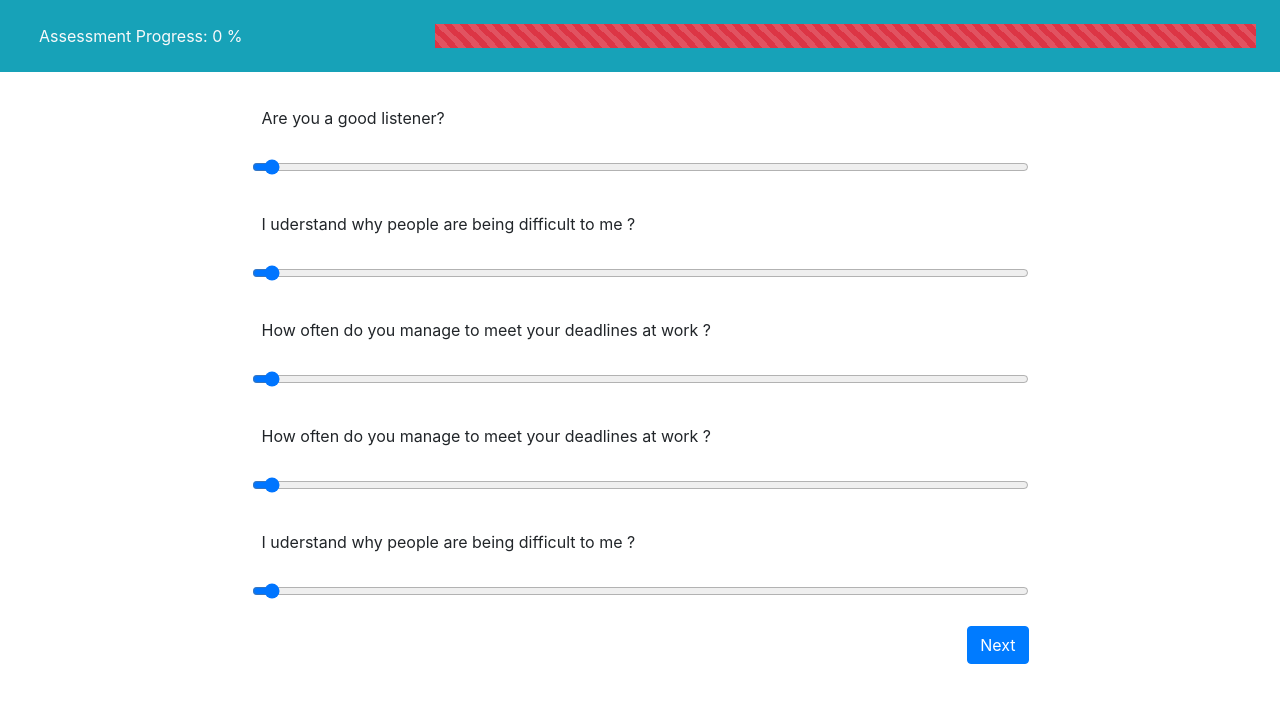
Repository: krushna2/dimentrix_tech
Page: /
These files come from the project's save history. The page is drawn as it stood at one moment and after a run of saves; the edit follows.
The browser window is 1280 px wide. The pictures show the whole page.
The project was rebuilt for these pictures with package versions that can differ from the ones it lists, and the page was loaded fresh each time. Also part of the build but not shown: src/components/SecondPageComponent.js, src/components/ThirdPageComponent.js.

Above is the page before, as saved 2020-09-28 15:50:11.

After the next 2 saves:
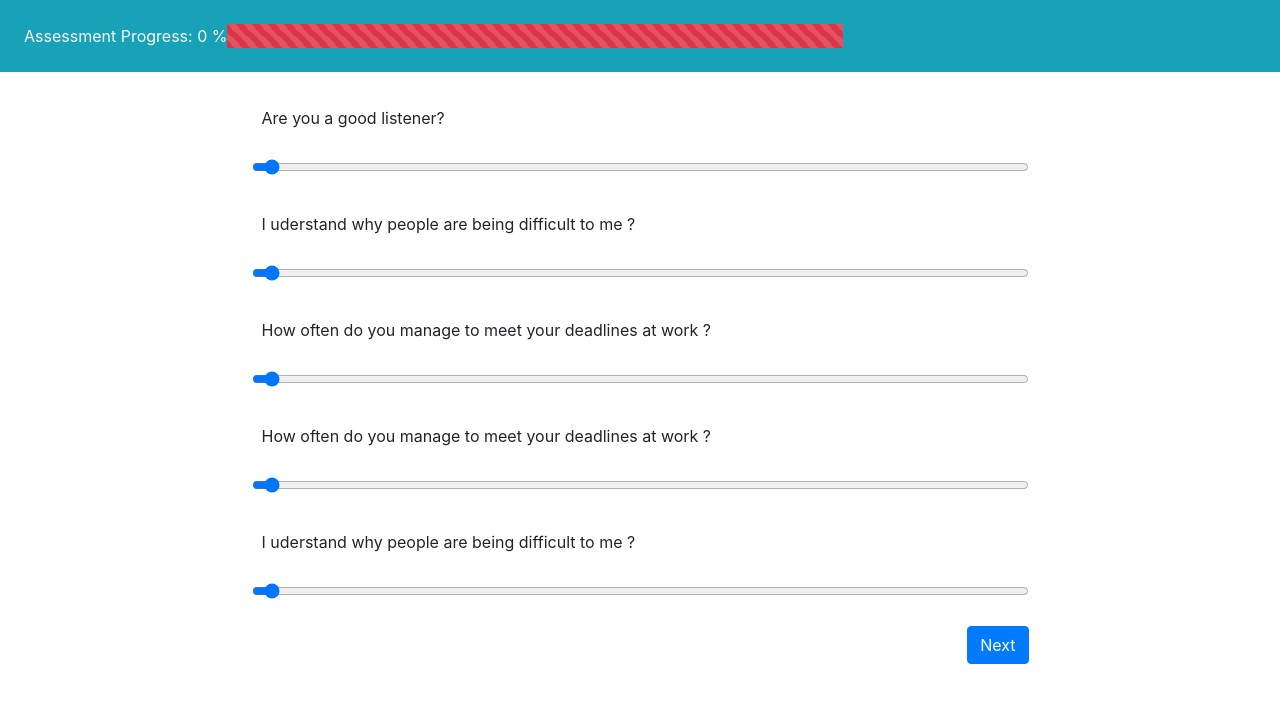
The 2 saves are shown as one change because 1 did not build or start.
The last was saved 64 s later.
--- a/src/components/HeaderComponent.js
+++ b/src/components/HeaderComponent.js
@@ -15,36 +15,22 @@
         }
     }
 
-    return ( <
-        div className = "fluid-container mb-4" >
+    return (
+
+        <
+        div className = "fluid-container mb-4 " >
         <
         Nav dark className = "text-light bg-info p-4" >
         <
-        div className = "col-4" > Assessment Progress: { percentage } % < /div>  <
-        Progress bar animated className = "col-8"
+        div > Assessment Progress: { percentage } % < /div>        <
+        Progress bar animated className = "col-sm-6"
         color = { colour(percentage) }
         value = { percentage }
         min = "0"
         max = "100" / >
-
         <
         /Nav> < /
         div >
-
-        // <
-        // div className = "fluid-container mb-4 " >
-        // <
-        // Nav dark className = "text-light bg-info p-4" >
-        // <
-        // div > Assessment Progress: { percentage } % < /div>        <
-        // Progress bar animated className = "col-sm-6"
-        // color = { colour(percentage) }
-        // value = { percentage }
-        // min = "0"
-        // max = "100" / >
-        // <
-        // /Nav> < /
-        // div ></div>
 
     )
 }
